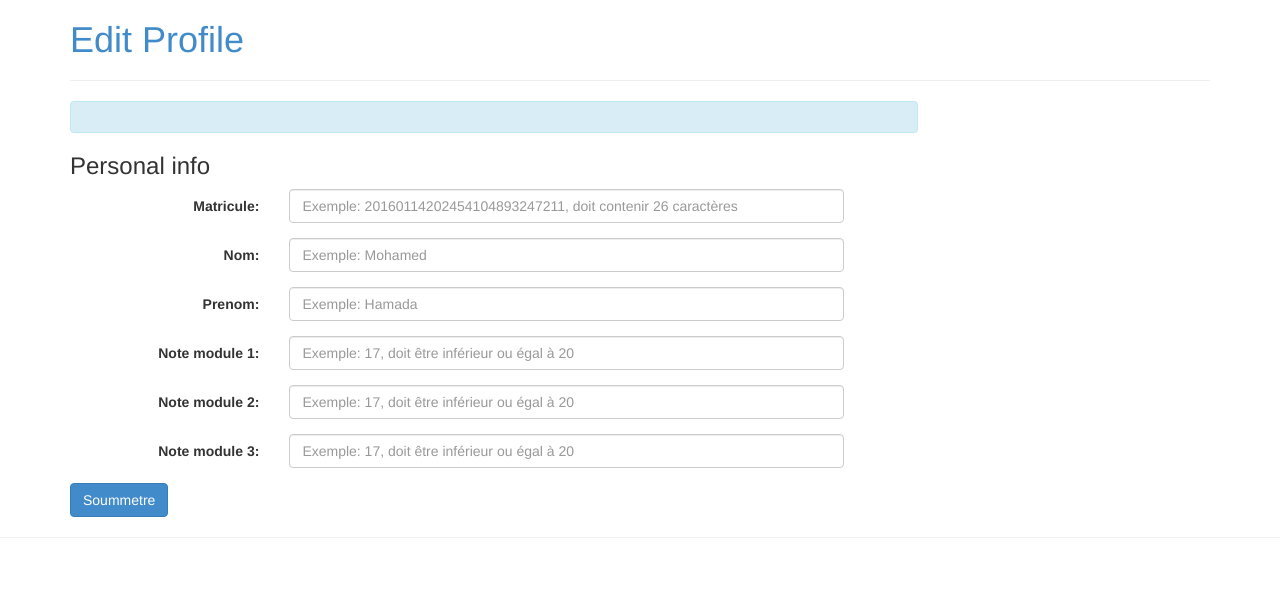
Repository: tt5300447/parakeet
Page: http://localhost/
An editor plug-in stored every save of this project. The page is shown before and after the next save, followed by the edit.
The browser window is 1280 px wide. The pictures show the whole page.
The page is run by PHP 8.4 with error messages shown; the project is at /var/www/html/.

Above is the page before, as saved 2022-06-21 16:48:10.
Console error (its wording comes from the project's code and is left out).

### Copier/htdocs/Ajouter/index.php
<!DOCTYPE html>
<html lang="en">

<head>
    <meta charset="UTF-8">
    <meta http-equiv="X-UA-Compatible" content="IE=edge">
    <meta name="viewport" content="width=device-width, initial-scale=1.0">
    <title>Update </title>
    <link rel="stylesheet" href="style.css">
    <link rel="stylesheet" href="bootstrap.min.css">

    <link rel="shortcut icon" type="image/x-icon" href="update.png">
    <link rel="apple-touch-icon" sizes="76x76" href="update.png">

    <link rel="alternate" type="application/rss+xml" href="rss">
</head>

<body>
    <div class="container bootstrap snippets bootdey">
        <h1 class="text-primary">Edit Profile</h1>
        <hr>
        <div class="row">
            <!-- left column -->
            <!-- edit form column -->
            <div class="col-md-9 personal-info">
                <div class="alert alert-info alert-dismissable">
                    <a class="panel-close close" data-dismiss="alert"></a>
                </div>
                <h3>Personal info</h3>
                <form class="form-horizontal" method="post" role="form">
                    <div class="form-group">
                        <label class="col-lg-3 control-label">Matricule:</label>
                        <div class="col-lg-8">
                            <input class="form-control" type="text" placeholder="Exemple: 20160114202454104893247211, doit contenir 26 caractères" />
                        </div>
                    </div>
                    <div class="form-group">
                        <label class="col-lg-3 control-label">Nom:</label>
                        <div class="col-lg-8">
                            <input class="form-control" type="text" placeholder="Exemple: Mohamed" />
                        </div>
                    </div>
                    <div class="form-group">
                        <label class="col-lg-3 control-label">Prenom:</label>
                        <div class="col-lg-8">
                            <input class="form-control" type="text" placeholder="Exemple: Hamada" />
                        </div>
                    </div>

                    <div class="form-group">
                        <label class="col-lg-3 control-label">Note module 1:</label>
                        <div class="col-lg-8">
                            <input class="form-control" type="number" placeholder="Exemple: 17, doit être inférieur ou égal à 20" />
                        </div>
                    </div>
                    <div class="form-group">
                        <label class="col-lg-3 control-label">Note module 2:</label>
                        <div class="col-lg-8">
                            <input class="form-control" type="text" placeholder="Exemple: 17, doit être inférieur ou égal à 20" />
                        </div>
                    </div><div class="form-group">
                        <label class="col-lg-3 control-label">Note module 3:</label>
                        <div class="col-lg-8">
                            <input class="form-control" type="text" placeholder="Exemple: 17, doit être inférieur ou égal à 20" />
                        </div>
                    </div>
                    <button type="submit" class="btn btn-primary">Soummetre</button>
                </form>
            </div>
        </div>
    </div>
    <hr>
    <script type="text/javascript" src="popper.min.js"></script>
    <script src="bootstrap.min.js"></script>
    <script type="text/javascript" src="script.js"></script>
</body>

</html>

### Copier/htdocs/Ajouter/style.css
body {
    margin-top: 20px;
}

.avatar {
    width: 200px;
    height: 200px;
}

### Copier/htdocs/Ajouter/script.js
//signup form validation
$(function() {
    $("#errorname").hide();
    $("#errorusername").hide();
    $("#erroremail").hide();
    $("#errorpass").hide();
    $("#errorconpass").hide();

    var error_name = false;
    var error_username = false;
    var error_email = false;
    var error_pass = false;
    var error_conpass = false;

    $("#form_name").focusout(function() {
        checkName();
    });
    $("#form_username").focusout(function() {
        checkUserName();
    });
    $("#form_email").focusout(function() {
        checkEmail();
    });
    $("#form_pwd").focusout(function() {
        checkPass();
    });
    $("#form_conpwd").focusout(function() {
        checkConPass();
    });

    // check name
    function checkName() {
        var name = $("#form_name").val();
        var pattern = new RegExp(/^[a-zA-Z ]{5,30}$/);
        if (!pattern.test(name)) {
            $("#errorname").html("Should be between 5-30 contains only space");
            $("#errorname").show(300);
            error_name = true;
        } else {
            $("#errorname").hide(400);
        }
    }
    // check username
    function checkUserName() {
        var username = $("#form_username").val();
        var pattern = new RegExp(/^[a-zA-Z0-9._]{6,20}$/);
        if (!pattern.test(username)) {
            $("#errorusername").html(
                "Should be between 6-20 contains only alphabets numbers . _"
            );
            $("#errorusername").show(300);
            error_username = true;
        } else {
            $("#errorusername").hide(400);
        }
    }

    //check email
    function checkEmail() {
        var pattern = new RegExp(
            /^[+a-zA-Z0-9._-]+@[a-zA-Z0-9.-]+\.[a-zA-Z]{2,4}$/i
        );
        if (pattern.test($("#form_email").val())) {
            $("#erroremail").hide(400);
        } else {
            $("#erroremail").html("Invalid email address");
            $("#erroremail").show(300);
            error_email = true;
        }
    }

    // check password
    function checkPass() {
        var password = $("#form_pwd").val();
        var pattern = new RegExp(
            /^(?=.*?[A-Z])(?=.*?[a-z])(?=.*?[0-9])(?=.*?[#?!@$%^&*-]).{8,}$/
        );

        if (!pattern.test(password)) {
            $("#errorpass").html(
                "Should be at least a uppercase,lowercase,number,special characters and minimum length 8"
            );
            $("#errorpass").show(300);
            error_pass = true;
        } else {
            $("#errorpass").hide(400);
        }
    }

    // check confirm password
    function checkConPass() {
        var password = $("#form_pwd").val();
        var con_pass = $("#form_conpwd").val();
        if (password != con_pass) {
            $("#errorconpass").html("Password not match");
            $("#errorconpass").show(300);
            error_conpass = true;
        } else {
            $("#errorconpass").hide(400);
        }
    }

    //form submit
    $("#reg_form").submit(function() {
        error_name = false;
        error_username = false;
        error_email = false;
        error_pass = false;
        error_conpass = false;
        checkName();
        checkUserName();
        checkEmail();
        checkPass();
        checkConPass();

        if (
            error_name == false &&
            error_username == false &&
            error_email == false &&
            error_pass == false &&
            error_conpass == false
        ) {
            return true;
        } else {
            return false;
        }
    });
});

Loaded but not shown: Copier/htdocs/Ajouter/bootstrap.min.css (library); Copier/htdocs/Ajouter/popper.min.js (library); Copier/htdocs/Ajouter/bootstrap.min.js (library)

After the next save:
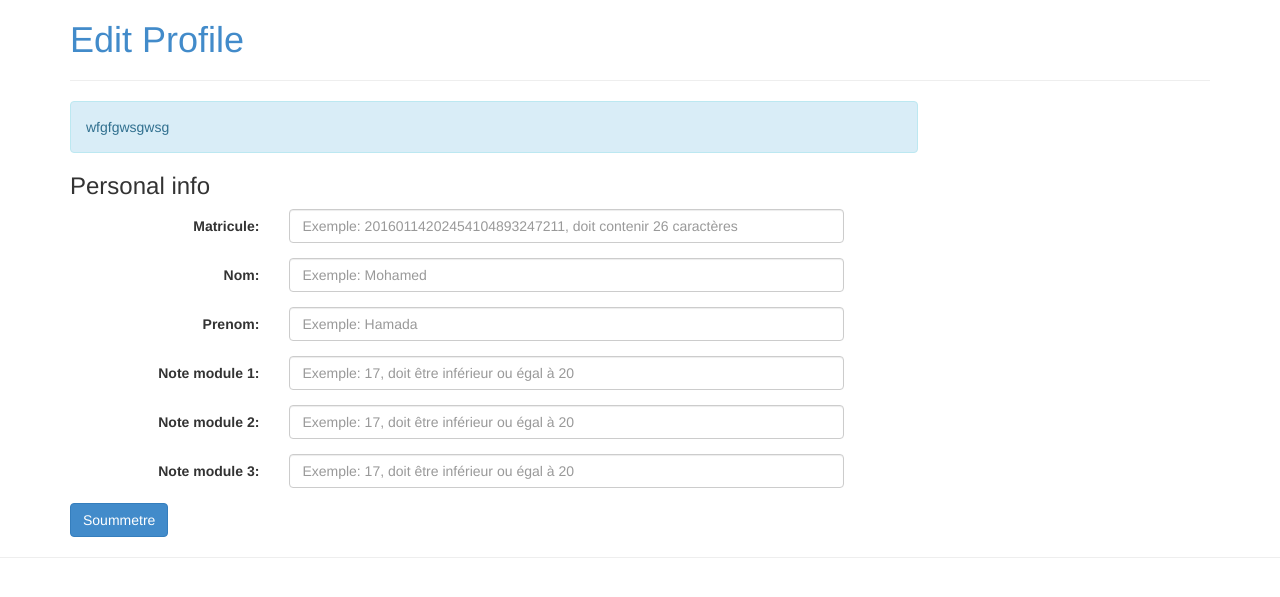
Saved 32 s later.
--- a/Copier/htdocs/Ajouter/index.php
+++ b/Copier/htdocs/Ajouter/index.php
@@ -24,6 +24,7 @@
             <!-- edit form column -->
             <div class="col-md-9 personal-info">
                 <div class="alert alert-info alert-dismissable">
+                    wfgfgwsgwsg
                     <a class="panel-close close" data-dismiss="alert"></a>
                 </div>
                 <h3>Personal info</h3>
